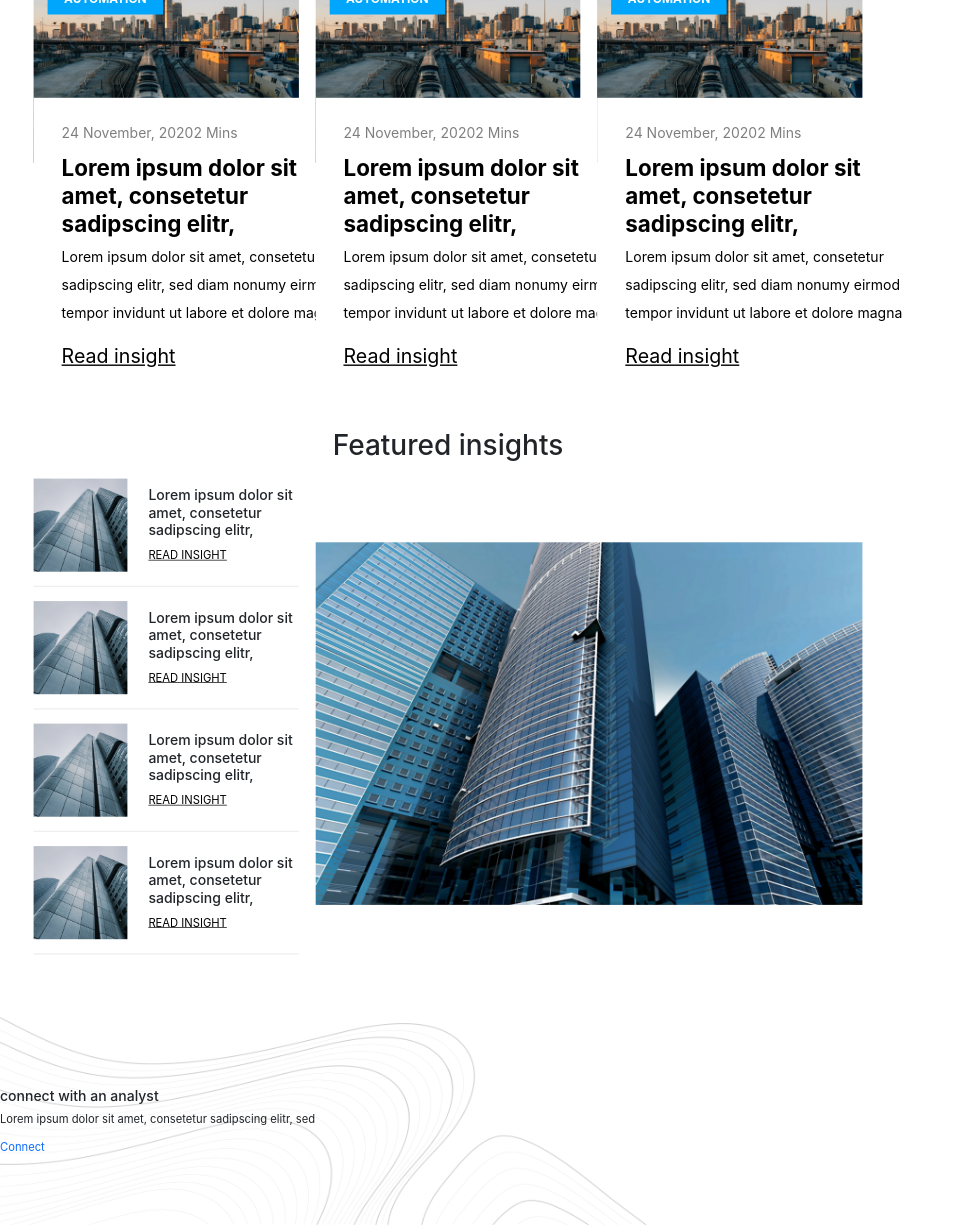
Repository: arif286/Business-webpage
Page: /
The author's editor kept a copy of each file at every save. The page is drawn from the files as they stood at one save, then again after the next save.
The browser window is 1280 px wide. The page is 1361 px wide, so the pictures cover 1361 px, including what lies to the right of the window. The pictures show the part of the page from y = 1424 to 3184 px (the page is 3174 px tall before and 3184 px after), at 70% of full size.
The project was rebuilt for these pictures with package versions that can differ from the ones it lists, and the page was loaded fresh each time. Also part of the build but not shown: src/components/MainHeader/MainHeader.css, src/components/NotFound/NotFound.js.

Above is the page before, as saved 2021-05-27 17:16:42.

After the next save:
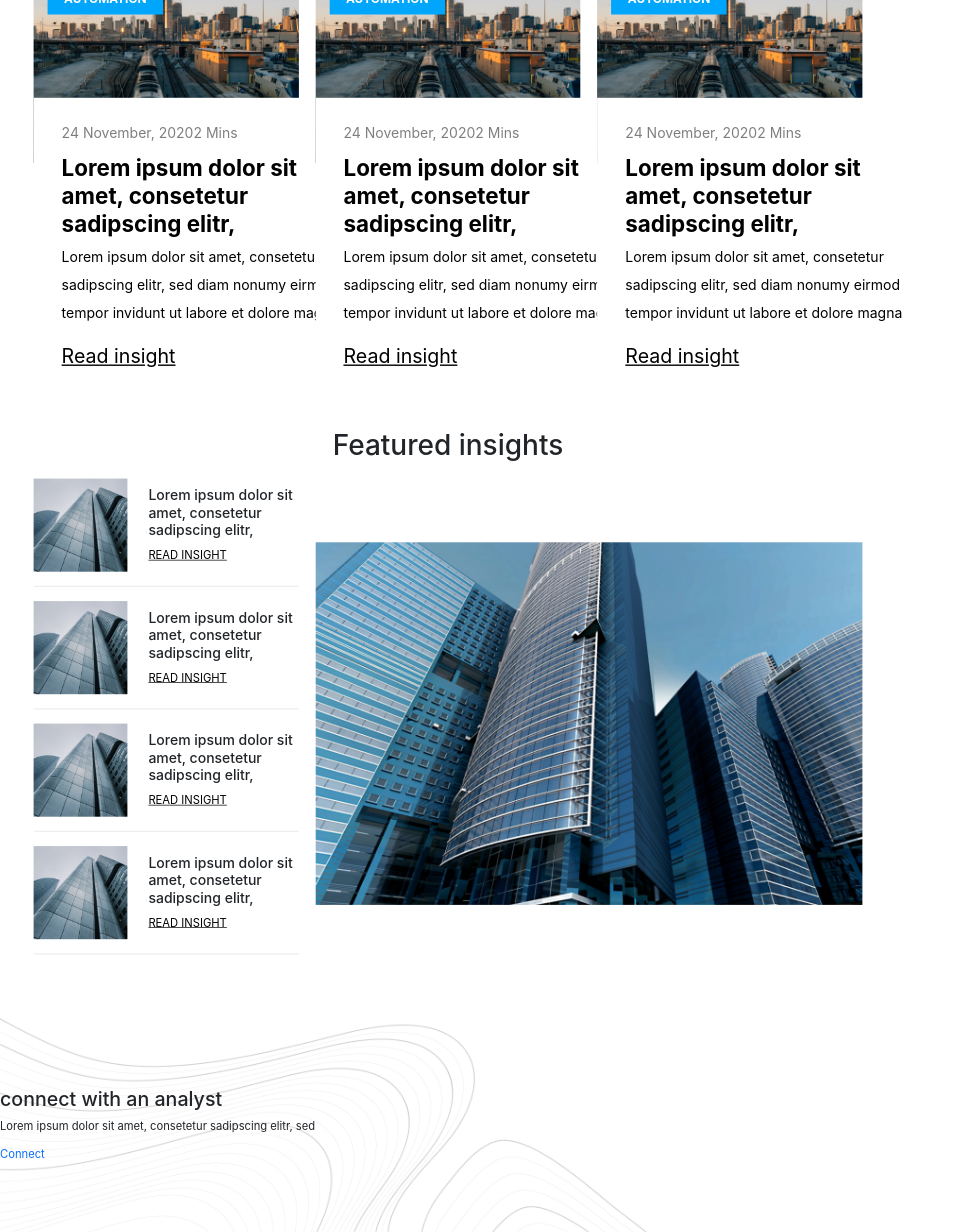
Saved 8 s later.
--- a/src/components/Contact/Contact.js
+++ b/src/components/Contact/Contact.js
@@ -5,7 +5,7 @@
     return (
       <div className="contact-bg">
         <div className='connect-wrap'>
-          <h5>connect with an analyst</h5>
+          <h3>connect with an analyst</h3>
           <p>Lorem ipsum dolor sit amet, consetetur sadipscing elitr, sed</p>
             </div>
             <a href="http">Connect</a>
